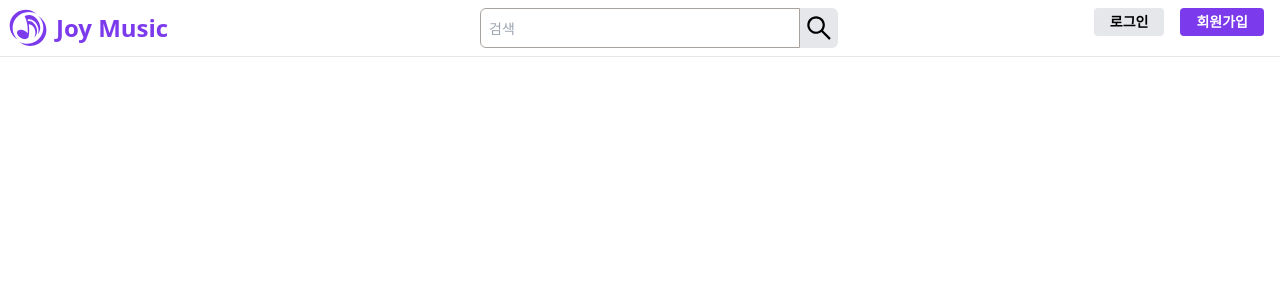
Repository: momo0170/streaming
Page: /
These files come from the project's save history. The page is drawn as it stood at one moment and after the next save; the edit follows.
The browser window is 1280 px wide. The pictures show the whole page.
The project was rebuilt for these pictures with package versions that can differ from the ones it lists, and the page was loaded fresh each time. Also part of the build but not shown: src/App.css.

Above is the page before, as saved 2023-09-18 18:38:18.

After the next save:
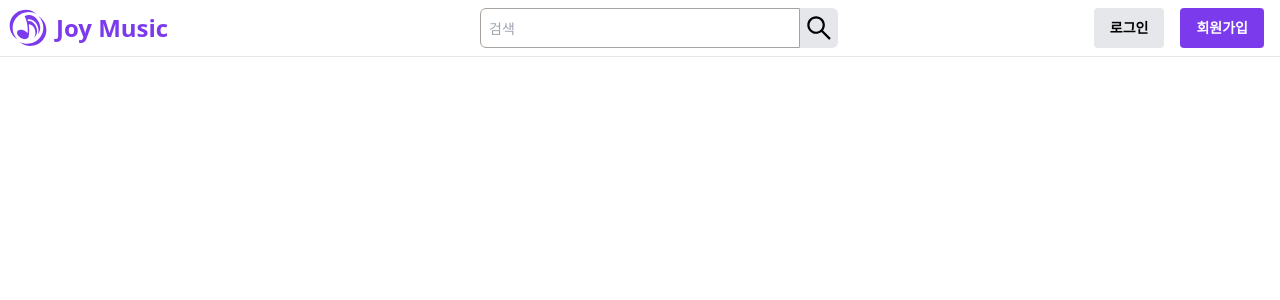
Saved 9 s later.
--- a/src/components/Header.jsx
+++ b/src/components/Header.jsx
@@ -24,7 +24,7 @@
           <AiOutlineSearch size="30" />
         </button>
       </form>
-      <div className="table">
+      <div className="flex">
         <button className="bg-gray-200 mx-2 px-4 py-1 rounded text-sm font-semibold hover:bg-gray-300">
           로그인
         </button>

After the save that followed:
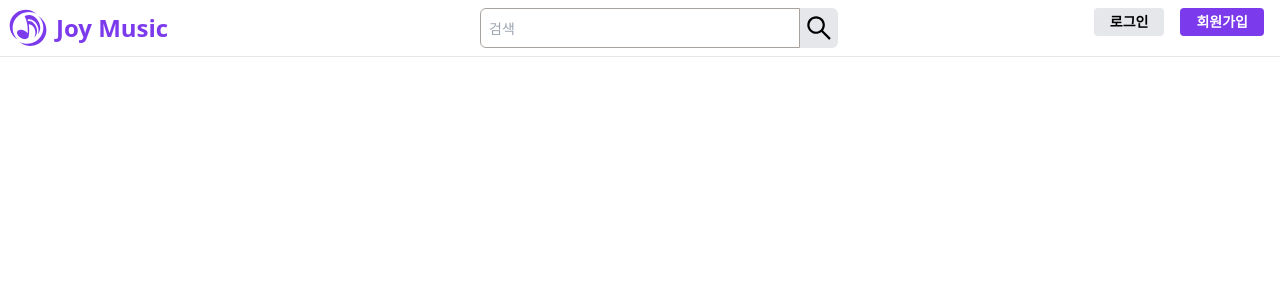
Saved 20 s later.
--- a/src/components/Header.jsx
+++ b/src/components/Header.jsx
@@ -24,7 +24,7 @@
           <AiOutlineSearch size="30" />
         </button>
       </form>
-      <div className="flex">
+      <div className="table">
         <button className="bg-gray-200 mx-2 px-4 py-1 rounded text-sm font-semibold hover:bg-gray-300">
           로그인
         </button>
